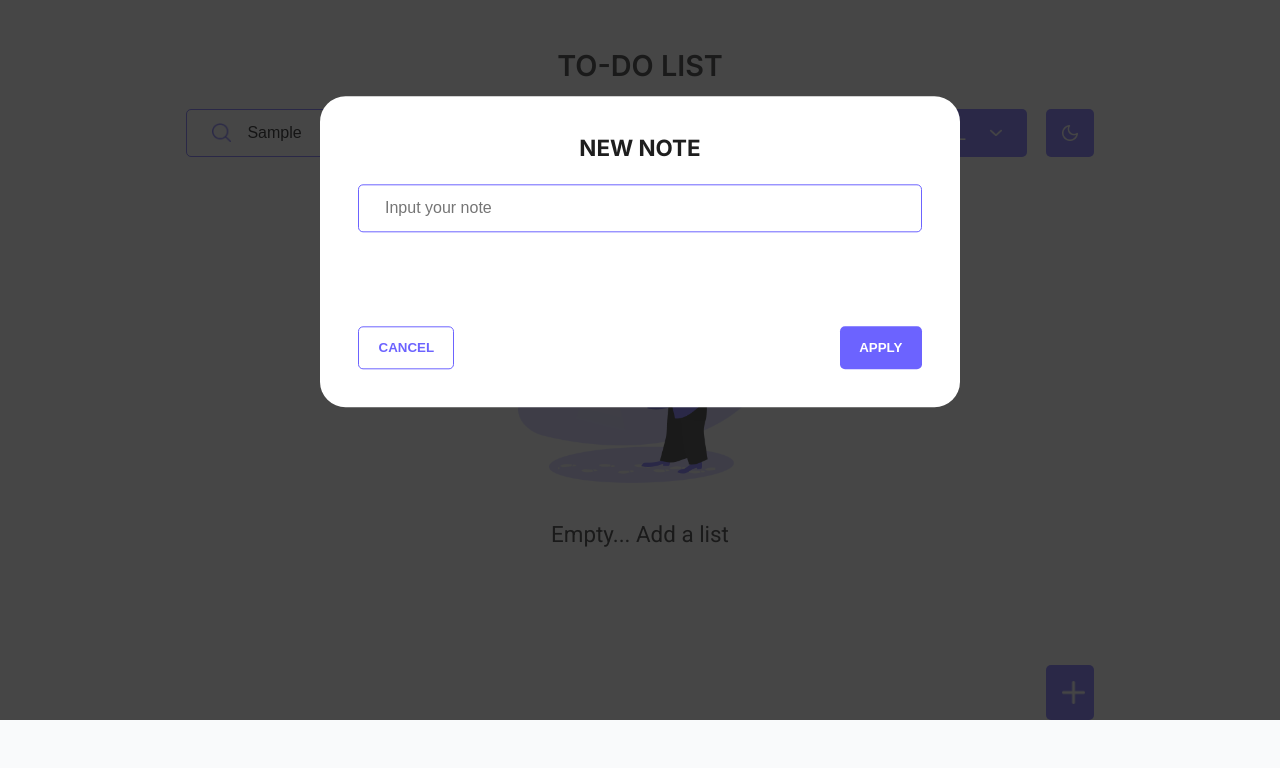
Repository: Marykeje/To-do-list
Page: index.html
The author's editor kept a copy of each file at every save. The page is drawn from the files as they stood at one save, then again after the next save.
The browser window is 1280 px wide. The pictures show the whole page.
Empty fields were first filled with sample values (such as "Sample", 5 or name@example.com).
After loading, the first visible `#add-btn` was clicked once.
The style sheet was rebuilt from its Sass, Less or Tailwind sources for each picture, by a compiler version that may differ from the author's.

Above is the page before, as saved 2025-12-02 14:31:49.

After the next save:
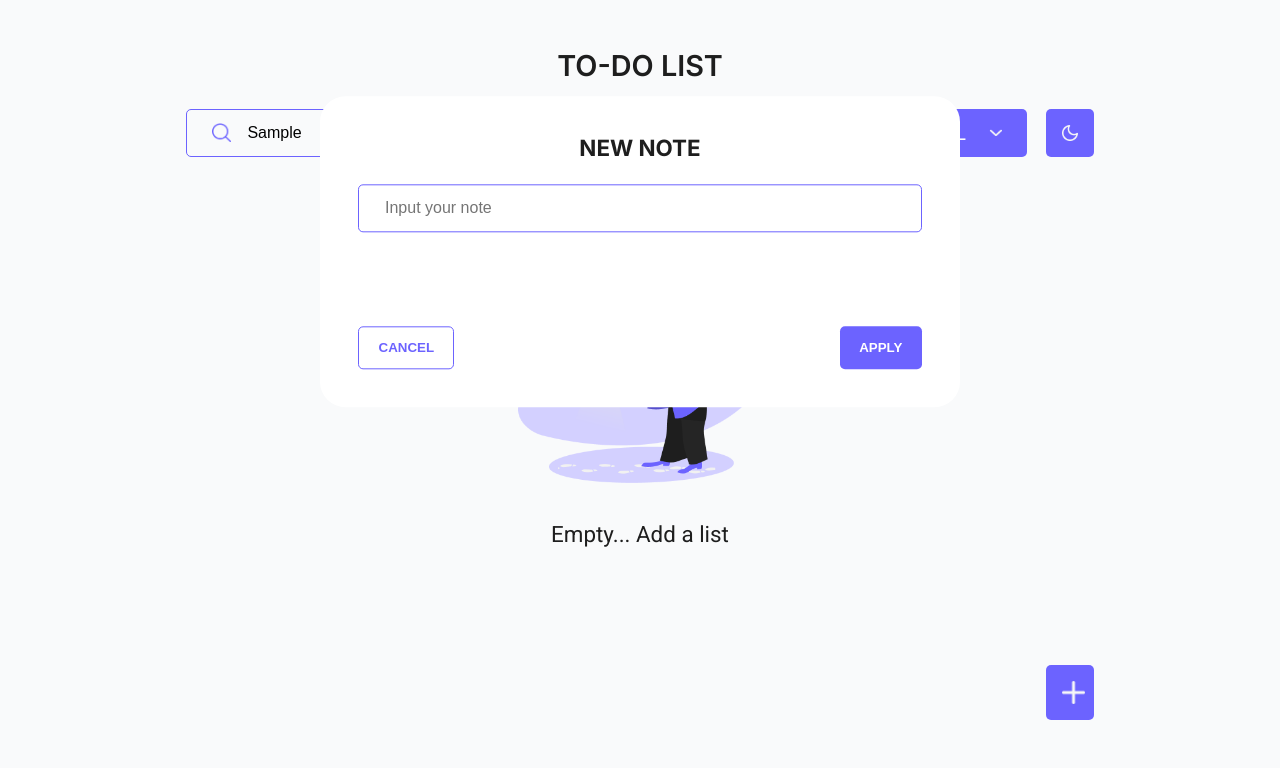
Saved 12 s later.
--- a/js/script.js
+++ b/js/script.js
@@ -28,7 +28,7 @@ function openModal() {
   clickOpen.style.display = "block";
   modal.style.display = "block";
   overlay.style.display = "block";
-  // overlay.style.display = "none";
+  overlay.style.display = "none";
 
   // for the close modal
   // function closeModal() {
